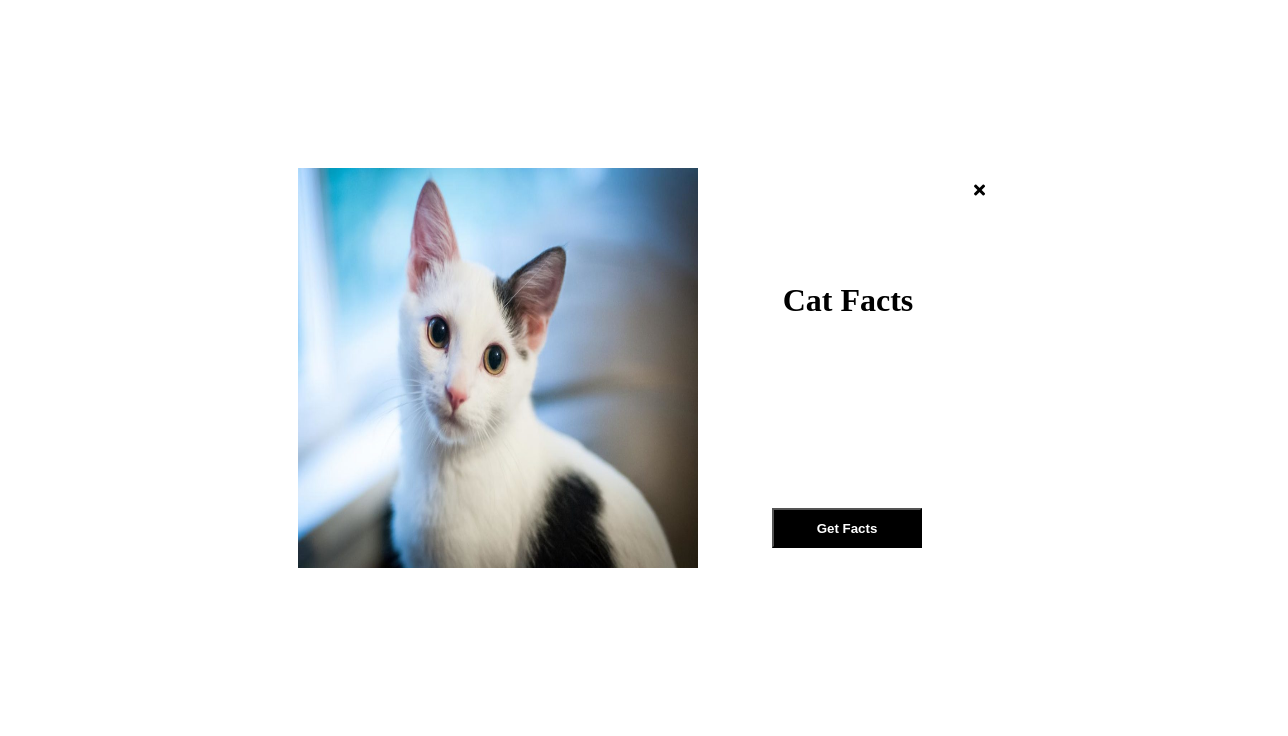
Repository: AustinW24/pg-catfacts
Page: cat-facts.html
The author's editor kept a copy of each file at every save. The page is drawn from the files as they stood at one save, then again after the next save.
The browser window is 1280 px wide. The page is 1288 px wide, so the pictures cover 1288 px, including what lies to the right of the window. The pictures show the whole page.
The page's requests for data from a server got no answer. Some web libraries are served in a nearby version.

Above is the page before, as saved 2021-12-29 17:39:22.

After the next save:
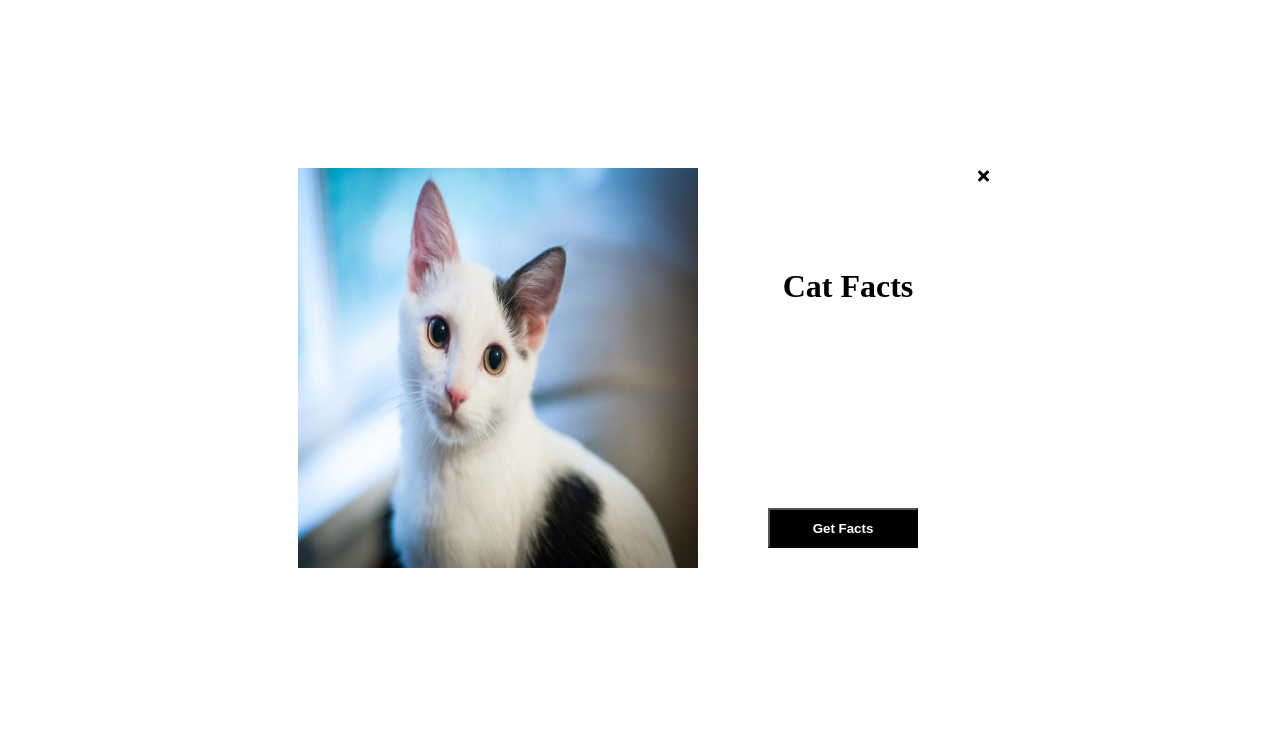
Saved 43 s later.
--- a/cat-facts.css
+++ b/cat-facts.css
@@ -32,7 +32,7 @@ button {
     position: relative;
     flex-basis: 100px;
     flex-grow: 1;
-    padding: 14px;
+    padding: 0px 10px 0px 10px;
 
 
 }
